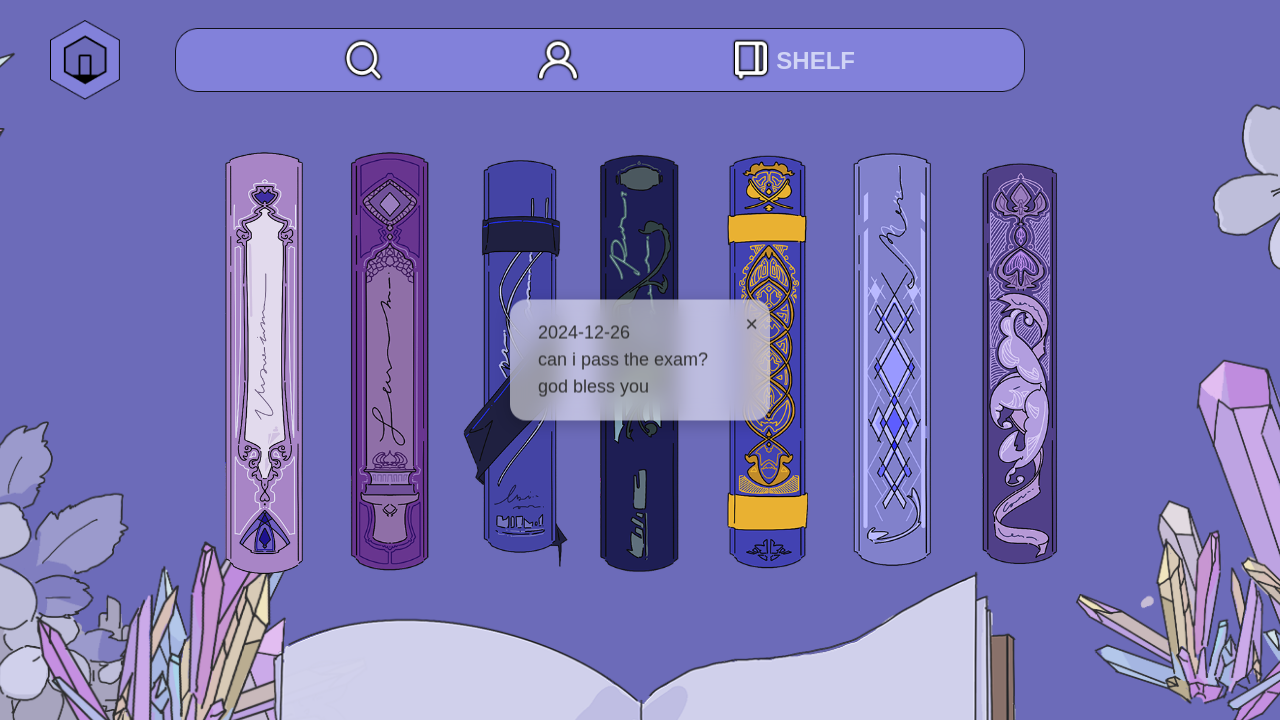
Repository: carolmmc/BabelLibrary
Page: mine.html
An editor plug-in stored every save of this project. The page is shown before and after the next save, followed by the edit.
The browser window is 1280 px wide. The pictures show the whole page.
After loading, the first visible `div.scroll-item` was clicked once.

Above is the page before, as saved 2025-05-10 01:07:51.

After the next save:
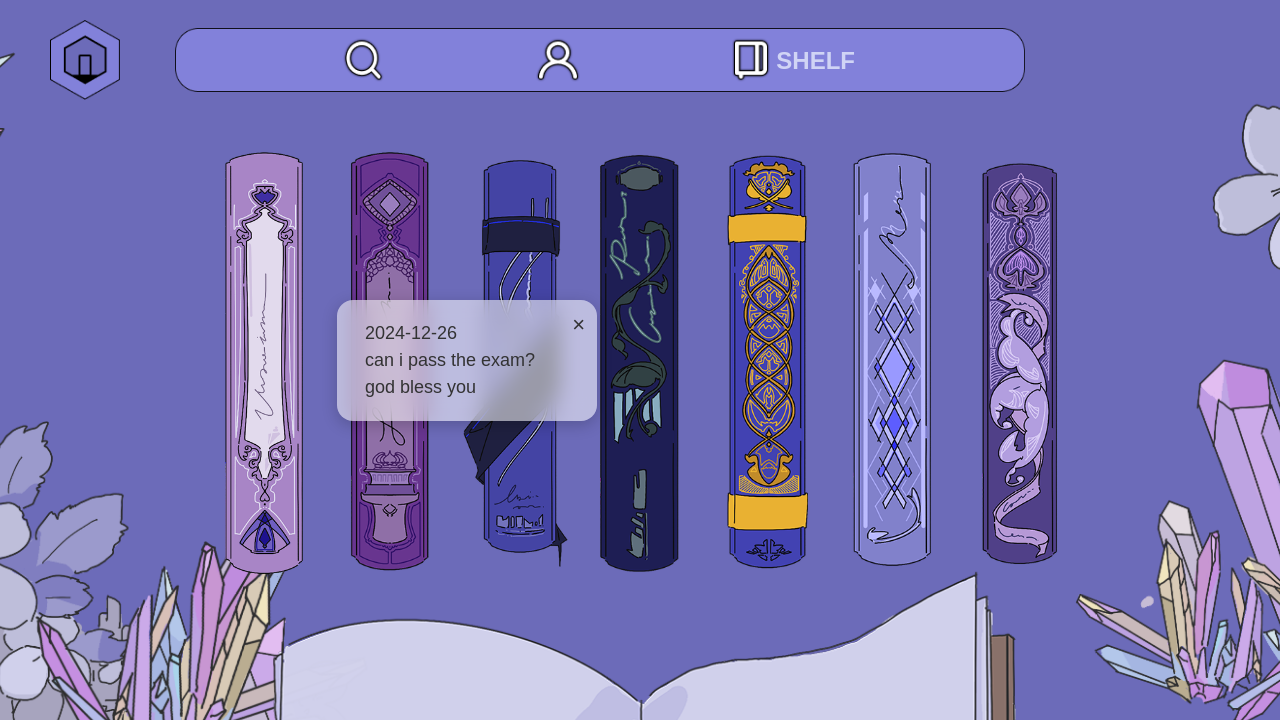
Saved 99 s later.
--- a/mine.html
+++ b/mine.html
@@ -200,9 +200,8 @@
     /* ===== 书本点击弹窗 ===== */
     .book-popup {
         position: fixed;
-        top: 50%;
-        left: 50%;
-        transform: translate(-50%, -50%);
+        transform: none;   /* 取消居中位移 */
+        /* dynamic position will be set in JS */
         min-width: 260px;
         max-width: 80%;
         padding: 20px 28px;
@@ -335,7 +334,34 @@
                 if (!targetId) return;
                 var pop = document.getElementById(targetId);
                 if (pop) {
+                    // 先显示弹窗以便测量尺寸
                     pop.style.display = 'block';
+
+                    // 点击书本的矩形信息
+                    const rect = this.getBoundingClientRect();
+
+                    // 下一帧再计算弹窗大小，保证宽高正确
+                    requestAnimationFrame(() => {
+                        const popRect = pop.getBoundingClientRect();
+
+                        // 默认放在书本右侧 20px 处
+                        let left = rect.right + 20;
+
+                        // 如果弹窗超出右侧视口，则放到书本左侧
+                        if (left + popRect.width > window.innerWidth) {
+                            left = rect.left - popRect.width - 20;
+                        }
+
+                        // 垂直方向居中对齐书本
+                        let top = rect.top + rect.height / 2 - popRect.height / 2;
+
+                        // 防止超出上下边界
+                        top = Math.max(10, Math.min(top, window.innerHeight - popRect.height - 10));
+
+                        // 应用位置
+                        pop.style.left = left + 'px';
+                        pop.style.top = top + 'px';
+                    });
                 }
             });
         });
